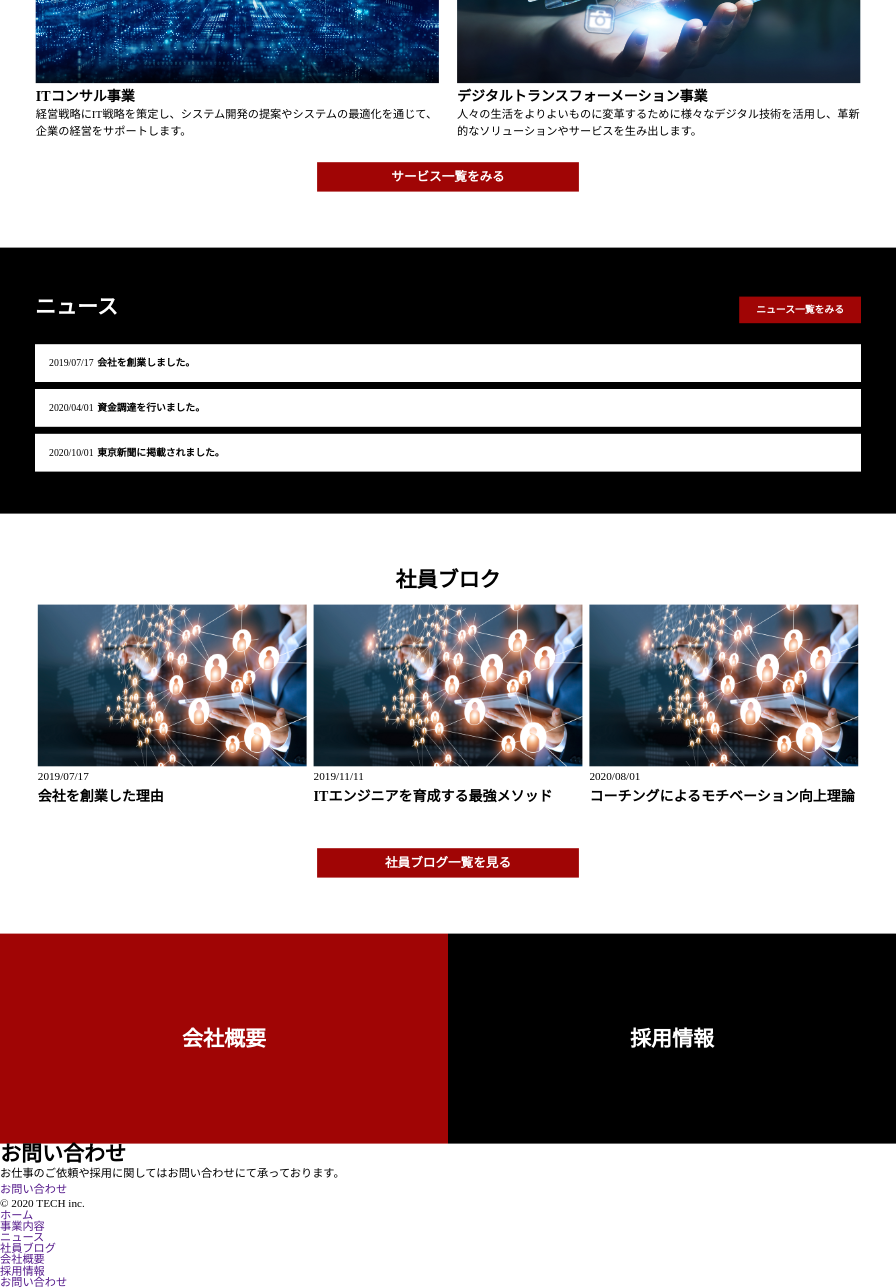
Repository: masanarimiura/20220516_miura
Page: index.html
These files come from the project's save history. The page is drawn as it stood at one moment and after a run of saves; the edit follows.
The browser window is 1280 px wide. The pictures show the part of the page from y = 1824 to 3744 px (the page is 3664 px tall before and 3744 px after), at 70% of full size.

Above is the page before, as saved 2022-05-13 21:00:33.

### index.html
<!DOCTYPE html>
<html lang="ja">

<head>
  <meta charset="UTF-8">
  <meta http-equiv="X-UA-Compatible" content="IE=edge">
  <meta name="viewport" content="width=device-width, initial-scale=1.0">
  <title>Document</title>
  <link rel="stylesheet" href="css/reset.css">
  <link rel="stylesheet" href="css/index.css">
</head>

<body>

  <header class="header">
    <h2 class="header__ttl">TECH</h2>
    <nav class="header__nav">
      <ul>
        <li><a href="" class="header__nav__item1">ホーム</a></li>
        <li><a href="" class="header__nav__item2">事業内容</a></li>
        <li><a href="" class="header__nav__item3">ニュース</a></li>
        <li><a href="" class="header__nav__item4">社員ブログ</a></li>
        <li><a href="" class="header__nav__item5">会社概要</a></li>
        <li><a href="" class="header__nav__item6">採用情報</a></li>
        <li><a href="" class="header__nav__item7">お問い合わせ</a></li>
      </ul>
    </nav>
  </header>

  <div class="eyecatch">
    <div class="eyecatch__content">
      <h1 class="eyecatch__content__ttl">最新のテクノロジーで社会課題を解決</h1>
      <p class="eyecatch__content__txt">solving social issues with the latest tdchnology</p>
    </div>
  </div>

  <div class="message">
    <div class="message__inner">
      <h2 class="message__ttl">株式会社TECHの想い</h2>
      <p class="message__txt">
        あらゆる産業において、新たなデジタル技術を使ってこれまでにないビジネスモデルを展開する新規参入者が養生し、ゲームチェンジが起ころうとしています。こうした中で、各企業は、競争力維持・強化のために。DXを迅速に進めていくことが求められています。しかし、DXにおいて投資コストは非常にかかります。株式会社TECHでは独自のオペレーションと人材教育により、他社よりも価格を抑えた開発を行います。
      </p>
    </div>
  </div>

  <div class="service">
    <h2 class="service__ttl">サービス</h2>
    <div class="service__inner">
      <div class="service__box">
        <img src="img/service1.png" alt="" class="service__box__img">
        <h3 class="service__box__ttl">IT人材育成事業</h3>
        <p class="service__box__txt">これまでに培った教育手法を生かして、短期間で即戦力のIT人材を育成します。</p>
      </div>
      <div class="service__box">
        <img src="img/service2.png" alt="" class="service__box__img">
        <h3 class="service__box__ttl">コーチング事業</h3>
        <p class="service__box__txt">目標達成を最短で実現するために、プロのコーチによるマンツーマンのサポートを実施します。</p>
      </div>
      <div class="service__box">
        <img src="img/service3.png" alt="" class="service__box__img">
        <h3 class="service__box__ttl">ITコンサル事業</h3>
        <p class="service__box__txt">経営戦略にIT戦略を策定し、システム開発の提案やシステムの最適化を通じて、企業の経営をサポートします。</p>
      </div>
      <div class="service__box">
        <img src="img/service4.png" alt="" class="service__box__img">
        <h3 class="service__box__ttl">デジタルトランスフォーメーション事業</h3>
        <p class="service__box__txt">人々の生活をよりよいものに変革するために様々なデジタル技術を活用し、革新的なソリューションやサービスを生み出します。</p>
      </div>
      <a href="" class="button">サービス一覧をみる</a>
    </div>
  </div>

  <div class="news">
    <div class="news__inner">
      <div class="news__ttl">
        <h2 class="news__ttl-txt">ニュース</h2>
        <a href="" class="service__link button">ニュース一覧をみる</a>
      </div>
      <div class="news__content">
        <ul class="news__content-inner">
          <li class="news__content-topic">
            <a herf="">2019/07/17<span>会社を創業しました。</span></a>
          </li>
          <li class="news__content-topic">
            <a herf="">2020/04/01<span>資金調達を行いました。</span></a>
          </li>
          <li class="news__content-topic">
            <a herf="">2020/10/01<span>東京新聞に掲載されました。</span></a>
          </li>
        </ul>
      </div>
    </div>
  </div>
  <div class="blog">
    <h2 class="blog__ttl">社員ブロク</h2>
    <div class="blog__inner">
      <div class="blog__box">
        <a href=""><img src="img/blog.png" alt="" class="blog__img"></a>
        <p class="blog__date">2019/07/17</p>
        <p class="blog__txt">会社を創業した理由</p>
      </div>
      <div class="blog__box">
        <a href=""><img src="img/blog.png" alt="" class="blog__img"></a>
        <p class="blog__date">2019/11/11</p>
        <p class="blog__txt">ITエンジニアを育成する最強メソッド</p>
      </div>
      <div class="blog__box">
        <a href=""><img src="img/blog.png" alt="" class="blog__img"></a>
        <p class="blog__date">2020/08/01</p>
        <p class="blog__txt">コーチングによるモチベーション向上理論</p>
      </div>
    </div>
    <a href="" class="button blog__link">社員ブログ一覧を見る</a>
  </div>

  <div class="info">
    <div class="info__company"><a href="">会社概要</a></div>
    <div class="info__recruit"><a href="">採用情報</a></div>
  </div>

  <div class="contact">
    <h2 class="contact__ttl">お問い合わせ</h2>
    <p class="contact__txt">お仕事のご依頼や採用に関してはお問い合わせにて承っております。</p>
    <p class="contact__link"><a href="">お問い合わせ</a></p>
  </div>

  <footer class="footer">
    <div class="footer__copy">&copy; 2020 TECH inc.</div>
    <ul class="footer__nav">
      <li><a href="" class="footer__nav__item1">ホーム</a></li>
      <li><a href="" class="footer__nav__item2">事業内容</a></li>
      <li><a href="" class="footer__nav__item3">ニュース</a></li>
      <li><a href="" class="footer__nav__item4">社員ブログ</a></li>
      <li><a href="" class="footer__nav__item5">会社概要</a></li>
      <li><a href="" class="footer__nav__item6">採用情報</a></li>
      <li><a href="" class="footer__nav__item7">お問い合わせ</a></li>
    </ul>
  </footer>


  <script src="js/main.js"></script>
</body>

</html>

### css/reset.css
/*
html5doctor.com Reset Stylesheet
v1.6.1
Last Updated: 2010-09-17
Author: Richard Clark - http://richclarkdesign.com
Twitter: @rich_clark
*/
html,
body,
div,
span,
object,
iframe,
h1,
h2,
h3,
h4,
h5,
h6,
p,
blockquote,
pre,
abbr,
address,
cite,
code,
del,
dfn,
em,
img,
ins,
kbd,
q,
samp,
small,
strong,
sub,
sup,
var,
b,
i,
dl,
dt,
dd,
ol,
ul,
li,
fieldset,
form,
label,
legend,
table,
caption,
tbody,
tfoot,
thead,
tr,
th,
td,
article,
aside,
canvas,
details,
figcaption,
figure,
footer,
header,
hgroup,
menu,
nav,
section,
summary,
time,
mark,
audio,
video {
  margin: 0;
  padding: 0;
  border: 0;
  outline: 0;
  font-size: 100%;
  vertical-align: baseline;
  background: transparent;
}

body {
  line-height: 1;
}

article,
aside,
details,
figcaption,
figure,
footer,
header,
hgroup,
menu,
nav,
section {
  display: block;
}

nav ul {
  list-style: none;
}

blockquote,
q {
  quotes: none;
}

blockquote:before,
blockquote:after,
q:before,
q:after {
  content: "";
  content: none;
}

a {
  margin: 0;
  padding: 0;
  font-size: 100%;
  vertical-align: baseline;
  background: transparent;
}

/* change colours to suit your needs */
ins {
  background-color: #ff9;
  color: #000;
  text-decoration: none;
}

/* change colours to suit your needs */
mark {
  background-color: #ff9;
  color: #000;
  font-style: italic;
  font-weight: bold;
}

del {
  text-decoration: line-through;
}

abbr[title],
dfn[title] {
  border-bottom: 1px dotted;
  cursor: help;
}

table {
  border-collapse: collapse;
  border-spacing: 0;
}

/* change border colour to suit your needs */
hr {
  display: block;
  height: 1px;
  border: 0;
  border-top: 1px solid #cccccc;
  margin: 1em 0;
  padding: 0;
}

input,
select {
  vertical-align: middle;
}

### css/index.css
h2 {
  font-size: 30px;
  font-weight: bold;
}
h3 {
  font-size: 20px;
  font-weight: bold;
  line-height: 1.5;
}
a {
  text-decoration: none;
}
p {
  line-height: 1.5;
}
.button {
  display: block;
  text-align: center;
  color: #fff;
  font-size: 18px;
  font-weight: bold;
  background-color: rgb(160, 5, 5);
  width: 350px;
  padding: 12px;
}

.header {
  display: flex;
  justify-content: space-between;
  text-align: center;
  padding: 20px 30px;
  position: sticky;
  top: 0;
  background-color: #fff;
  z-index: 1;
}
.header__nav ul {
  display: flex;
  justify-content: space-between;
}
.header__nav ul li {
  padding: 0 15px;
  font-size: 16px;
  font-weight: bold;
}
.header__nav ul li a {
  color: #000;
}

.eyecatch {
  display: flex;
  justify-content: center;
  align-items: center;
  text-align: center;
  background: url(../img/mv.png) center/ cover;
  height: 80vh;
}
.eyecatch__content {
  color: #fff;
}
.eyecatch__content__ttl {
  font-size: 50px;
  padding: 20px;
  line-height: 1.5;
}
.eyecatch__content__txt {
  font-weight: bold;
  font-size: 20px;
  padding: 20px;
}

.message {
  background: #000;
  display: flex;
  justify-content: center;
  align-items: center;
}
.message__inner {
  padding: 80px 80px;
}
.message__ttl {
  color: #fff;
}
.message__txt {
  color: #fff;
  line-height: 2;
  text-align: justify;
  padding: 20px 0 0;
}

.service {
  margin-top: 100px;
}
.service__ttl {
  text-align: center;
  margin-bottom: 30px;
}
.service__inner {
  display: flex;
  align-items: center;
  flex-wrap: wrap;
  justify-content: center;
}
.service__box {
  width: 45%;
  height: auto;
  padding: 1%;
  margin-bottom: 20px;
}
.service__box img {
  width: 100%;
  height: auto;
}
.service__button {
  margin-top: 50px;
}
.news {
  background: #000;
  margin-top: 80px;
}
.news__inner {
  padding: 50px 50px;
}
.news__ttl {
  display: flex;
  justify-content: space-between;
  padding: 20px 0;
}
.news__ttl-txt {
  color: #fff;
}
.service__link {
  width: 150px;
  font-size: 14px;
}
.news__content-topic a {
  background-color: #fff;
  margin: 10px 0;
  padding: 20px;
  font-size: 14px;
  display: block;
}
.news__content-topic span {
  font-weight: bold;
  display: inline-block;
  padding: 0 5px;
}

.blog {
  margin-top: 80px;
}
.blog__ttl {
  text-align: center;
}
.blog__inner {
  display: flex;
  justify-content: center;
}
.blog__box {
  width: 30%;
  margin: 20px 5px;
}
.blog__box img {
  width: 100%;
}
.blog__txt {
  font-weight: bold;
  font-size: 20px;
}
.blog__link {
  margin: 40px auto 0;
}

.info {
  margin-top: 80px;
  display: flex;
}
.info__company {
  width: 50%;
  height: 300px;
  background: rgb(160, 5, 5);
  display: flex;
  justify-content: center;
  align-items: center;
}
.info__recruit {
  width: 50%;
  height: 300px;
  background: #000;
  display: flex;
  justify-content: center;
  align-items: center;
}
.info a {
  color: #fff;
  font-size: 30px;
  font-weight: bold;
}

.contact {
  m
}

Loaded but not shown: js/main.js (no copy from this time; the picture is the same without it)

After the next 2 saves:
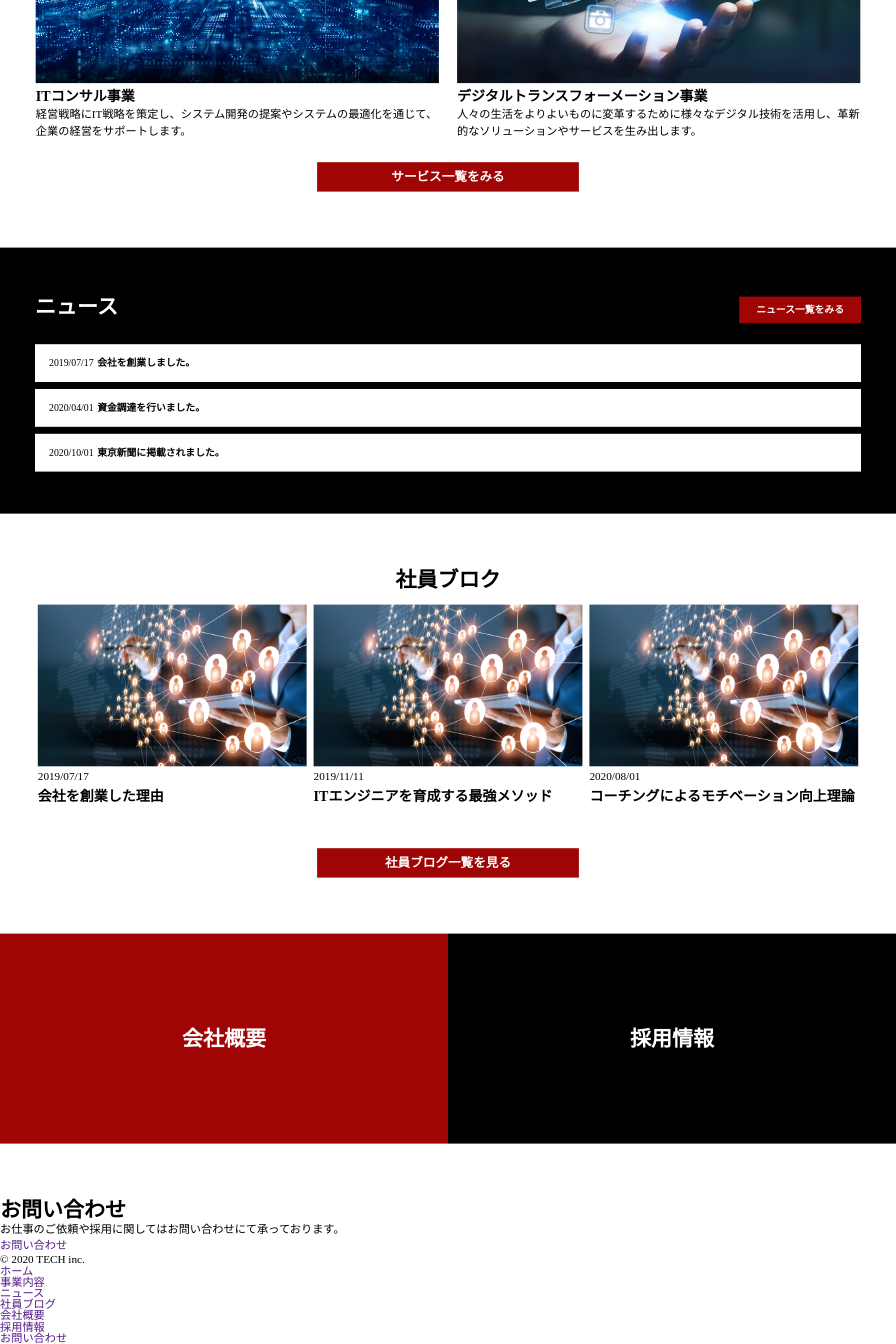
The 2 saves are shown as one change because they came seconds apart.
The last was saved 8 s later.
--- a/css/index.css
+++ b/css/index.css
@@ -198,5 +198,5 @@ p {
 }
 
 .contact {
-  m
-}
+  margin-top: 80px;
+}
